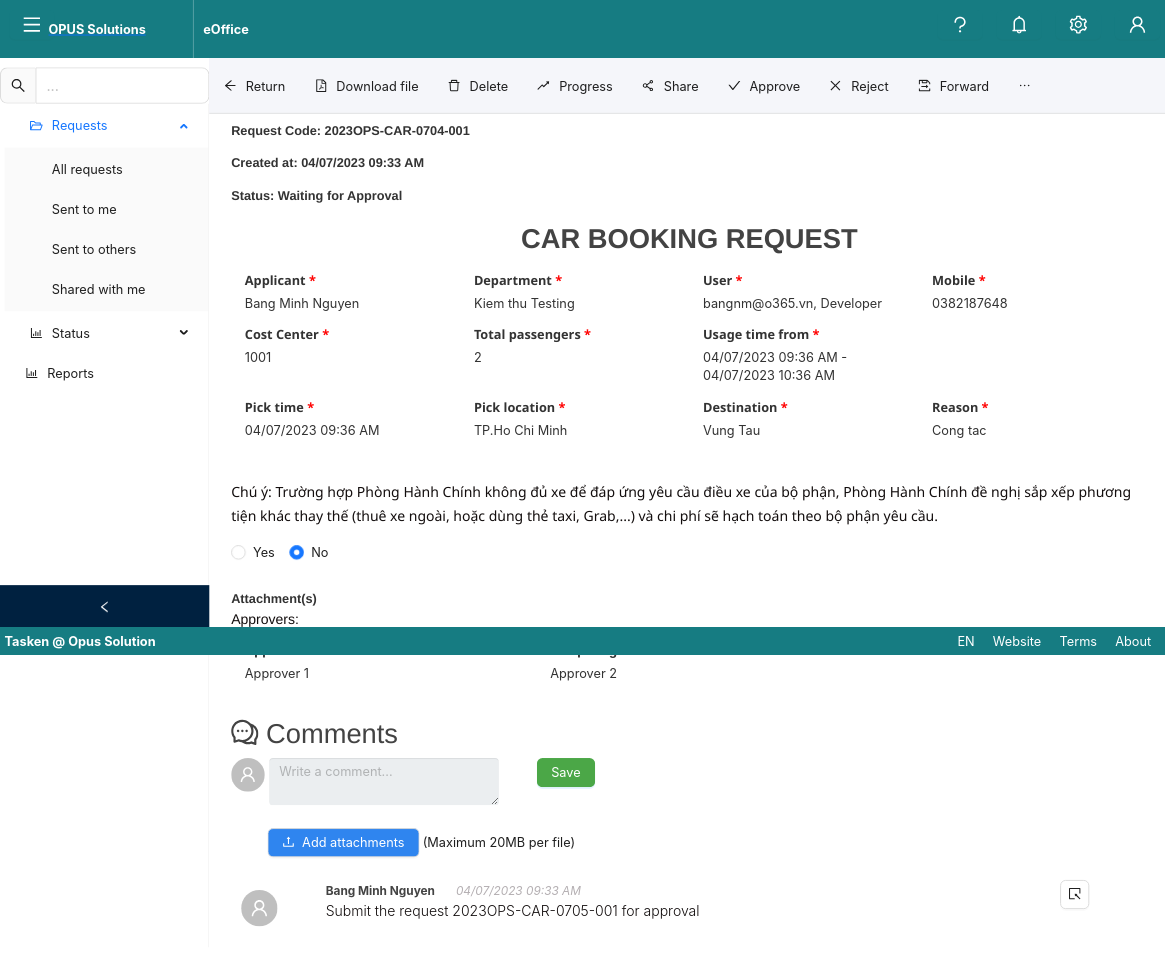
Repository: vannam272008/car-booking
Page: /request/detail
An editor plug-in stored every save of this project. The page is shown before and after the next save, followed by the edit.
The browser window is 1280 px wide. The pictures show the whole page, at 91% of full size.
The project was rebuilt for these pictures with package versions that can differ from the ones it lists, and the page was loaded fresh each time. Also part of the build but not shown: src/Pages/ManageRequest/index.css, src/Pages/ManageRequest/ManageRequest.tsx, src/Components/AddRequest/MenuAdd/index.tsx, src/Components/AddRequest/AddRequest/addRequest.css, src/Components/AddRequest/AddRequest/index.tsx. Imported but missing from the stored project, and not drawn on this page: src/Pages/Home.

Above is the page before, as saved 2023-07-09 22:10:34.

### src/index.tsx
import React from 'react';
import ReactDOM from 'react-dom/client';
import './index.css';
import App from './App';
import reportWebVitals from './reportWebVitals';
import { BrowserRouter } from 'react-router-dom';
import { Provider } from 'react-redux';
import { configureStore } from '@reduxjs/toolkit';
import requestReducer from './Reducers/requestReducer';
import { store } from './Store/store';


const root = ReactDOM.createRoot(
  document.getElementById('root') as HTMLElement
);
root.render(
  <Provider store={store}>
    <React.StrictMode>
      <BrowserRouter>
        <App />
      </BrowserRouter>
    </React.StrictMode>
  </Provider>
);

// If you want to start measuring performance in your app, pass a function
// to log results (for example: reportWebVitals(console.log))
// or send to an analytics endpoint. Learn more: https://bit.ly/CRA-vitals
reportWebVitals();

### src/App.tsx
import { Route, Routes } from 'react-router-dom';
import './App.css';
import Home from './Pages/Home';
import DetailRequest from './Components/DetailRequest/DetailRequest/detailRequest';
import ManageRequest from './Pages/ManageRequest/ManageRequest';
import AddRequest from './Components/AddRequest/AddRequest';


function App() {
  return (
    <Routes>
      <Route path="/" element={<Home />} />
      <Route path="/request/carbooking" element={<ManageRequest />} />
      <Route path="/request/detail" element={<DetailRequest />} />
      <Route path='/request/addrequest' element={<AddRequest />} />
      {/* <Route path="/employee/create" element={<AddEmployee />} />
        <Route path="/department/create" element={<AddDepartment />} /> */}
    </Routes>
  );
}

export default App;

### src/Store/store.ts
import requestReducer from "../Reducers/requestReducer";
import { configureStore, createStore } from "@reduxjs/toolkit";


// export const store = configureStore({
//     reduder: {
//         request: requestReducer
//     }
// });

export const store = createStore(requestReducer);

### src/Reducers/requestReducer.ts
// interface RequestState {
//     requestList: string[]
// }

const initState = {
    requestList: [],
    success: true,
}

const requestReducer = (state = initState, action: { type: any; payload: any }) => {
    switch (action.type) {
        case 'SET_REQUEST_LIST':
            return {
                ...state,
                requestList: action.payload,
                success: false
            }
        default:
            return state
    }
}

export default requestReducer

### src/Components/DetailRequest/Comments/comment.tsx
import { CommentOutlined, UserOutlined, UploadOutlined, SelectOutlined } from '@ant-design/icons';
import { Input, Button, Avatar, Row, Col, Upload, } from 'antd';
import './comment.css'
import { useState } from 'react';

interface CommentItem {
    author: string;
    content: string;
    datetime: string;
    id: string;
}

function Comment(): JSX.Element {

    const [newComment, setNewComment] = useState('');

    const [newReply, setNewReply] = useState('');

    const [showReplyForm, setShowReplyForm] = useState(false);

    const [replyToCommentId, setReplyToCommentId] = useState<string | null>(null);

    const [comments, setComments] = useState<CommentItem[]>([
        {
            author: 'Bang Minh Nguyen',
            content: 'Submit the request 2023OPS-CAR-0705-001 for approval',
            datetime: '04/07/2023 09:33 AM',
            id: '04/07/2023 09:33 AM',
        },
    ]);

    const [replyComments, setReplyComments] = useState<CommentItem[]>([]);

    const handleSaveComment = () => {
        if (newComment) {
            const comment: CommentItem = {
                author: 'Bang Minh Nguyen',
                content: newComment,
                datetime: new Date().toLocaleString(),
                id: new Date().toLocaleString(),
            };
            setShowReplyForm(false);
            setComments([...comments, comment]);
            setNewComment('');
            // setReplyToCommentId(null);
            // console.log(comments);
        }
    };

    const handleSaveReply = () => {
        if (newReply) {
            const replyComment: CommentItem = {
                author: 'Bang Minh Nguyen',
                content: newReply,
                datetime: new Date().toLocaleString(),
                id: new Date().toLocaleString(),
            };
            setShowReplyForm(false);
            setReplyComments([...replyComments, replyComment]);
            setNewReply('');
            setReplyToCommentId(null);
        }
    }

    const handleCancelComment = () => {
        setShowReplyForm(false);
    }

    const handleReplyClick = (commentId: string) => {
        setShowReplyForm(true);
        setReplyToCommentId(commentId);
    };

    return (
        <div className='comments-detail-request'>
            <div className='title-comment'>
                <CommentOutlined className='icon-comment' />
                <span> Comments</span>
            </div>
            {!showReplyForm && (
                <div>
                    <Row className='row-comment-box'>
                        <Col span={1}>
                            <Avatar size={37} icon={<UserOutlined />} className='avatar-comment' />
                        </Col>
                        <Col span={6}>
                            <Input.TextArea
                                className='input-comment'
                                placeholder='Write a comment...'
                                value={newComment}
                                onChange={(e) => setNewComment(e.target.value)}
                            />
                        </Col>
                        <Col span={1}></Col>
                        <Col span={2}>
                            <Button className='btn-comment' type="primary" onClick={handleSaveComment}>Save</Button>
                        </Col>
                    </Row>
                    <Upload className='upload-comment'>
                        <Button icon={<UploadOutlined />} style={{ backgroundColor: 'rgb(47,133,239)', color: 'white' }}>Add attachments</Button>
                        <span> (Maximum 20MB per file)</span>
                    </Upload>
                </div>
            )}

            <div className='comments-detail-request'>
                {comments.map((comment, index) => (
                    <Row className='comment' key={comment.id}>
                        <Col span={2} className="comment-avatar">
                            <Avatar size={40} icon={<UserOutlined />} />
                        </Col>
                        <Col span={18}>
                            <span className="comment-author">{comment.author}</span>
                            <span className="comment-date">{comment.datetime}</span>
                            <div className="comment-content">{comment.content}</div>
                        </Col>
                        {!showReplyForm && (
                            <Col span={2} className='comment-reply'>
                                <Button icon={<SelectOutlined />} onClick={() => handleReplyClick(comment.id)}></Button>
                            </Col>
                        )}
                        {showReplyForm && replyToCommentId === comment.id && (
                            <div className='reply-comment'>
                                <div className='reply-row'>
                                    <span className="comment-avatar">
                                        <Avatar size={40} icon={<UserOutlined />} />
                                    </span>
                                    <span>
                                        <Input.TextArea
                                            className='input-comment'
                                            placeholder='Write a reply...'
                                            value={newReply}
                                            onChange={(e) => setNewReply(e.target.value)}
                                        />
                                    </span>
                                    <span>
                                        <Button className='btn-comment btn-save' type="primary" onClick={handleSaveReply}>Save</Button>
                                    </span>
                                    <span>
                                        <Button className='btn-comment btn-cancel' type="primary" onClick={handleCancelComment}>Cancel</Button>
                                    </span>
                                </div>
                                <div className='reply-upload-comment'>
                                    <Upload className='upload-comment'>
                                        <Button icon={<UploadOutlined />} style={{ backgroundColor: 'rgb(47,133,239)', color: 'white' }}>Add attachments</Button>
                                        <span> (Maximum 20MB per file)</span>
                                    </Upload>
                                </div>
                            </div>
                        )}
                        <div>
                            {replyComments.map((replyComment, index) => (
                                <Row className='reply-comment-row' key={replyComment.id}>
                                    <Col span={2} className="comment-avatar">
                                        <Avatar size={40} icon={<UserOutlined />} />
                                    </Col>
                                    <Col span={15}>
                                        <span className="comment-author">{replyComment.author}</span>
                                        <span className="comment-date">{replyComment.datetime}</span>
                                        <div className="comment-content">{replyComment.content}</div>
                                    </Col>
                                </Row>
                            ))}
                        </div>
                    </Row>
                ))}
            </div>
        </div >
    );
}

export default Comment;

### src/Components/DetailRequest/Menu/menu.tsx
import React from 'react';
import { Menu } from 'antd';
import './menu.css'
import {
    ArrowLeftOutlined,
    FilePdfOutlined,
    DeleteOutlined,
    RiseOutlined,
    ShareAltOutlined,
    CheckOutlined,
    CloseOutlined,
    DeliveredProcedureOutlined,
    EllipsisOutlined
} from '@ant-design/icons';

function MenuRequest(): JSX.Element {
    return (
        <div>
            <Menu mode="horizontal" className='fixed-menu'>
                <Menu.Item key="return" icon={<ArrowLeftOutlined />}>
                    Return
                </Menu.Item>
                <Menu.Item key="download" icon={<FilePdfOutlined />}>
                    Download file
                </Menu.Item>
                <Menu.Item key="delete" icon={<DeleteOutlined />}>
                    Delete
                </Menu.Item>
                <Menu.Item key="progress" icon={<RiseOutlined />}>
                    Progress
                </Menu.Item>
                <Menu.Item key="share" icon={<ShareAltOutlined />}>
                    Share
                </Menu.Item>
                <Menu.Item key="approve" icon={<CheckOutlined />}>
                    Approve
                </Menu.Item>
                <Menu.Item key="reject" icon={<CloseOutlined />}>
                    Reject
                </Menu.Item>
                <Menu.Item key="forward" icon={<DeliveredProcedureOutlined />}>
                    Forward
                </Menu.Item>
                <Menu.Item key="ellipsis" icon={<EllipsisOutlined />}>
                </Menu.Item>
            </Menu>
        </div>
    );
}

export default MenuRequest;

### src/Components/RequestLayout/index.jsx
import React, { useState } from 'react';
import { LaptopOutlined, NotificationOutlined, UserOutlined } from '@ant-design/icons';
import { Layout, theme } from 'antd';
import AppHeader from '../../Components/AppHeader';
import AppSider from '../../Components/AppSider';
import AppFooter from '../../Components/AppFooter';

import "./RequestLayout.scss";

const { Content } = Layout;

const RequestLayout = ({ profile, children }) => {
    const {
        token: { colorBgContainer },
    } = theme.useToken();

    return (
        <div className='manage-request'>
            <AppHeader />
            <Content>
                <Layout style={{ padding: '24px 0', backgroundColor: colorBgContainer }}>
                    <AppSider profile={profile} />
                    <Layout style={{ padding: '24px 0px',backgroundColor: colorBgContainer}}>
                        <Content style={{ padding: '0 24px', minHeight: 280 }}>
                            {children()}
                        </Content>
                    </Layout>
                </Layout>
            </Content>
            <AppFooter />
        </div>


    );
};

export default RequestLayout;

### src/Components/DetailRequest/DetailRequest/detailRequest.css
*{
    box-sizing: border-box;
  }
  .required {
    color: red;
  }
  .page-detail-request{
    min-height: calc(100vh - 83px);
    transition: all 0.3s;
    background-color: #ffffff;
    font-family: "Helvetica Neue",Helvetica,Arial,sans-serif;
    font-size: 14px;
    line-height: 1.42857143;
    color: #333;
    background-color: #fff;
  }

  .info-detail-request{
    margin-top: 85px;
    margin-right: -20px;
    padding-right: 15px;
  }

  .info-basic-detail-request p{
    width: 100%;
    font-weight: 700;
  }

  .title-detail-request{
    color: #434343;
    text-align: center;
    font-size: 30px;
    margin-top: 20px;
    margin-bottom: 20px;
    font-family: inherit;
    font-weight: 500;
    line-height: 1.1;
    font-weight: 700;
  }

  .content-detail-request{
    font-family: "Segoe UI";
    font-size: 14px;
    line-height: 1.42857143;
  }

  .col-detail-request{
    margin-bottom: 15px;
    position: relative;
    min-height: 1px;
    padding-right: 15px;
    padding-left: 15px;
  }

  .col-detail-request label{
    display: inline-block;
    max-width: 100%;
    margin-bottom: 5px;
    font-weight: 700;
    cursor: default;
    font-family: "Segoe UI";
  }
  .attention-detail-request{
    margin-top: 30px;
    margin-bottom: 30px;
    font-family: "Segoe UI";
  }

  .attention-detail-request  p{
    font-size: 1.1em;
    font-weight: 300;
    line-height: 1.7em;
    color: #130e0e;
  }

  .list-approvers p{
    font-size: 1.1em;
    font-weight: 300;
    line-height: 1.7em;
    color: #130e0e;
    margin: 0 0 10px;
  }

  .approver{
    margin-bottom: 15px;
    position: relative;
    min-height: 1px;
    padding-right: 15px;
    padding-left: 15px;
  }

  .approver  label{
    display: inline-block;
    max-width: 100%;
    margin-bottom: 5px;
    font-weight: 700;
    cursor: default;
  }

### src/Components/DetailRequest/Comments/comment.css
.comments-detail-request{
    margin-top: 25px;
}
.title-comment{
    color: #434343 !important;
    font-size: 30px;
    margin-top: 20px;
    margin-bottom: 10px;
    font-family: inherit;
    font-weight: 500;
    line-height: 1.1;
}
.row-comment-box{
    margin-bottom: 25px;
}
.input-comment{
    width: 100%;
    border: none;
    background: #EBEEF0;
    font-size: 14px;
    line-height: 1.42857143;
    color: #555;
    border-radius: 4px;
    box-shadow: inset 0 1px 1px rgba(0,0,0,.075);
}
.btn-comment{
    background-color: rgb(75,167,71);
    color: white;
}
.upload-comment{
    padding-left: 40px;
}
.list-comment{
    max-width: 555px;
    padding: 15px 0;
    border-top: 1px solid #DDDDDD;
}
.reply-upload-comment{
    margin-top: 15px;
}
.comment-avatar{
    float: left;
    width: 40px;
    padding: 1px;
    margin-top: 10px;
    margin-right: 10px;
    margin-left: 10px;
}
.comment-reply{
    width: 65px;
    text-align: right;
}
.comment-content{
    font-size: 1.1em;
    font-weight: 300;
    line-height: 1.7em;
    color: #130e0e;
    margin: 0 0 10px;
}
.comment-author{
    font-weight: 700;
    margin-right: 8px;
    color: #434343;
    font-size: 13px;
    line-height: 1.7em;
}
.comment-date{
    font-size: 13px;
    margin-left: 15px;
    color: #b4afb2;
    font-style: italic;
}
.reply-comment{
    width: 100%;
    border-top: 1px solid #DDDDDD;
    margin-left: 50px;
    padding: 15px 0;

}
.reply-row{
    width: 100%;
    margin-top: 15px;
    padding-bottom: 0;
    display: flex;
    flex-wrap: wrap;
}
.btn-cancel{
    border: 1px solid transparent;
    border-radius: 4px;
    font-size: 14px;
    font-weight: 400;
    line-height: 1.42857143;
    text-align: center;
    background-color: #f0ad4e;
    margin-left: 15px;
    color: #ffffff;
    padding: 4px 12px;
    height: 30px;
}
.btn-save{
    margin-left: 15px;
}
.reply-comment-row{
    margin-left: 50px;
    padding: 15px 0;
    border-top: 1px solid #DDDDDD;
    min-width: 444px;
}

### src/Components/DetailRequest/Menu/menu.css
.fixed-menu {
    position: fixed;
    top: 64px;
    width: 100%;
    z-index: 999;
    border-bottom: 1px solid #e1e1e1;
    border-top-left-radius: 0;
    background-color: rgb(245,246,250);
    min-height: 61px;
    display: flex;
    align-items: center;
    flex-wrap: wrap;
    margin-left: -24px;
}

.fixed-menu .Menu.Item {
    white-space: nowrap;
    margin: 0 10px;
    color: #8894A1;
    font-weight: 500;
    text-decoration: none;
    outline: none;
    transition: all 0.3s;
    cursor: pointer;
    background-color: transparent;
}

### src/Components/AppSider/index.tsx
import React, { useState } from 'react';
import type { MenuProps } from 'antd';
import { Layout, Menu, theme, Space } from 'antd';
import { Input } from 'antd';

import { FolderOpenOutlined, BarChartOutlined, SearchOutlined, SettingOutlined } from '@ant-design/icons';
import "./AppSider.scss";



const { Sider } = Layout;

type MenuItem = Required<MenuProps>['items'][number];

function getItem(
    label: React.ReactNode,
    key: React.Key,
    icon?: React.ReactNode,
    children?: MenuItem[],
    type?: 'group',
): MenuItem {
    return {
        key,
        icon,
        children,
        label,
        type,
    } as MenuItem;
}



const AppSider = (props: any) => {

    const items: MenuProps['items'] = [
        getItem('Requests', 'requests', <FolderOpenOutlined />, [
            getItem('All requests', 'all-request'),
            getItem('Sent to me', 'sent-to-me'),
            getItem('Sent to others', 'sent-to-others'),
            getItem('Shared with me', 'shared-with-me'),
        ]),

        getItem('Status', 'status', <BarChartOutlined />, [
            getItem('Draft', 'draft'),
            getItem('Approving', 'approving'),
            getItem('Approved', 'approved'),
            getItem('Rejected', 'rejected'),
        ]),

        getItem('Reports', 'reports', <BarChartOutlined />),

    ];

    const profileItems: MenuProps['items'] = [

        getItem('Setting', 'setting', <SettingOutlined />),

    ];

    const [openItem, setOpenItem] = useState('requests');

    const handleClick: MenuProps['onClick'] = (e) => {
        console.log('click ', e);
    };
    const [collapsed, setCollapsed] = useState(false);
    const {
        token: { colorBgContainer },
    } = theme.useToken();
    return (
        <Sider collapsible collapsed={collapsed} onCollapse={(value) => setCollapsed(value)} style={{ background: colorBgContainer }} width={230}>
            <Space.Compact size="large">
                <Input addonBefore={<SearchOutlined />} placeholder="..." />
            </Space.Compact>
            <Menu
                mode="inline"
                defaultSelectedKeys={[openItem]}
                defaultOpenKeys={['requests']}
                openKeys={[openItem]}
                style={{ height: '100%' }}
                items={props.profile ? profileItems : items}
                onClick={handleClick}
                onOpenChange={(openKey) => {
                    setOpenItem(openKey[1])
                }}
            />
        </Sider>


    )
}

export default AppSider;

### src/Components/AppFooter/index.tsx
import { Layout } from 'antd';
import "./AppFooter.scss";

const { Footer } = Layout

const AppFooter = () => {
    return (
        <Footer className='mcs-footer'>
            <div>
                <span className='footer-left'><b>Tasken @ Opus Solution</b></span>
                <div className='footer-right'>
                    <span>EN</span>
                    <span>Website</span>
                    <span>Terms</span>
                    <span>About</span>
                </div>
            </div>

        </Footer>)
}

export default AppFooter;

### src/Components/AppSider/AppSider.scss
.ant-layout {
        & li {
                padding-left: 5px;
        }

        & .ant-layout-sider {
                position: sticky;
                left: 0;
                margin-top: 50px;



        }

        & .ant-layout-sider-children {}

        & .ant-layout-sider-trigger {
                margin-bottom: 29px;
        }
}

### src/Components/AppFooter/AppFooter.scss
.mcs-footer {
    background-color: #167c82;
    color: #fff;
    position: fixed;
    width: 100%;
    bottom: 0;
    padding: 5px;

    & .footer-left {
        float: left;
    }

    & .footer-right {
        float: right;

        & span {
            padding-left: 10px;
            padding-right: 10px;
        }
    }
}

Loaded but not shown: public/index.html (common file); src/index.css (common file); src/reportWebVitals.ts (common file); src/App.css (common file); src/Components/AppHeader/index.tsx (200 lines, source omitted); src/Components/DetailRequest/DetailRequest/detailRequest.tsx (143 lines, source omitted); src/Components/AppHeader/AppHeader.scss (220 lines, source omitted); src/Components/AddRequest/MenuAdd/menuAdd.css (no stored copy; drawn as an empty file); src/Components/RequestLayout/RequestLayout.scss (no stored copy; drawn as an empty file)

After the next save:
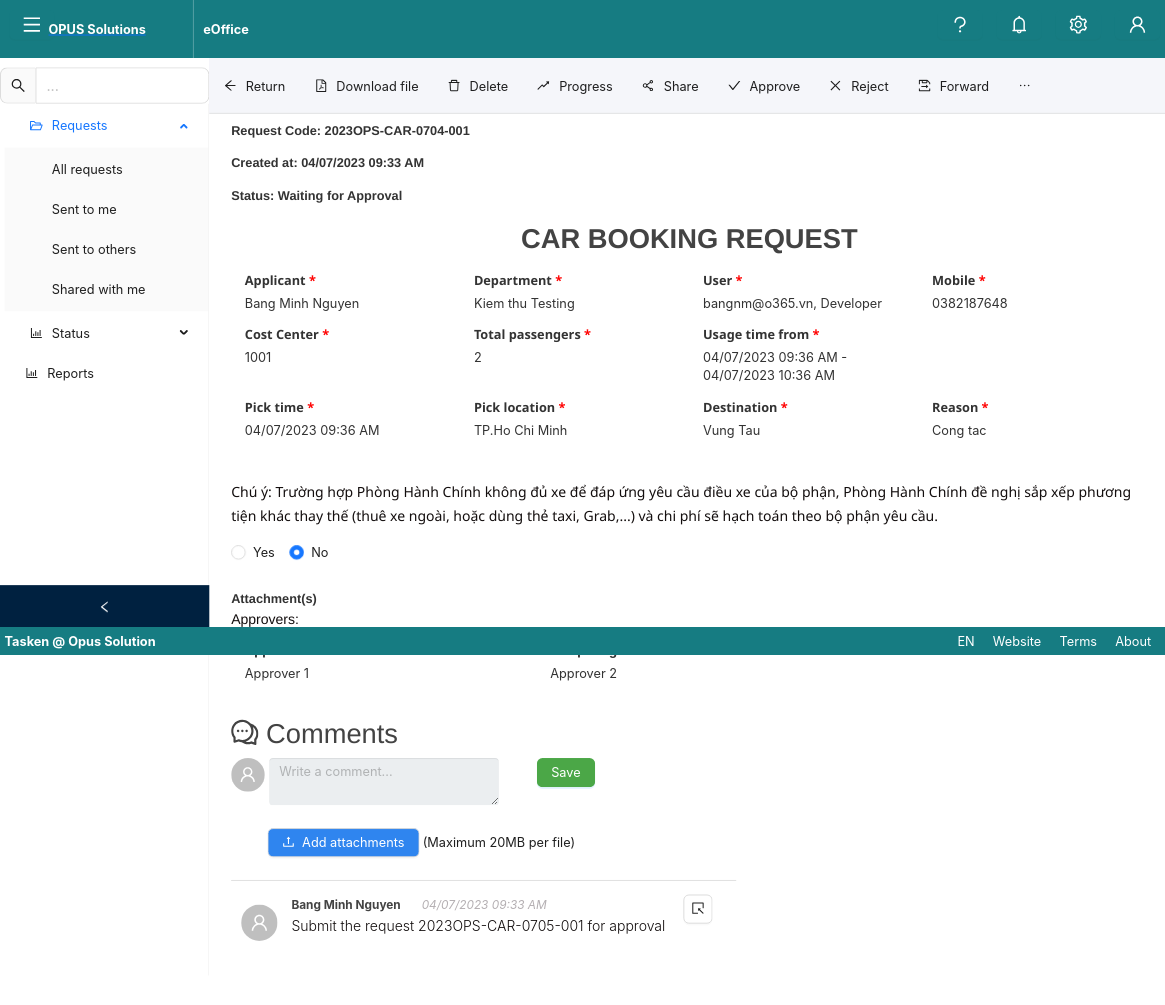
Saved 2 s later.
--- a/src/Components/DetailRequest/Comments/comment.tsx
+++ b/src/Components/DetailRequest/Comments/comment.tsx
@@ -105,7 +105,7 @@ function Comment(): JSX.Element {
 
             <div className='comments-detail-request'>
                 {comments.map((comment, index) => (
-                    <Row className='comment' key={comment.id}>
+                    <Row className='list-comment' key={comment.id}>
                         <Col span={2} className="comment-avatar">
                             <Avatar size={40} icon={<UserOutlined />} />
                         </Col>
